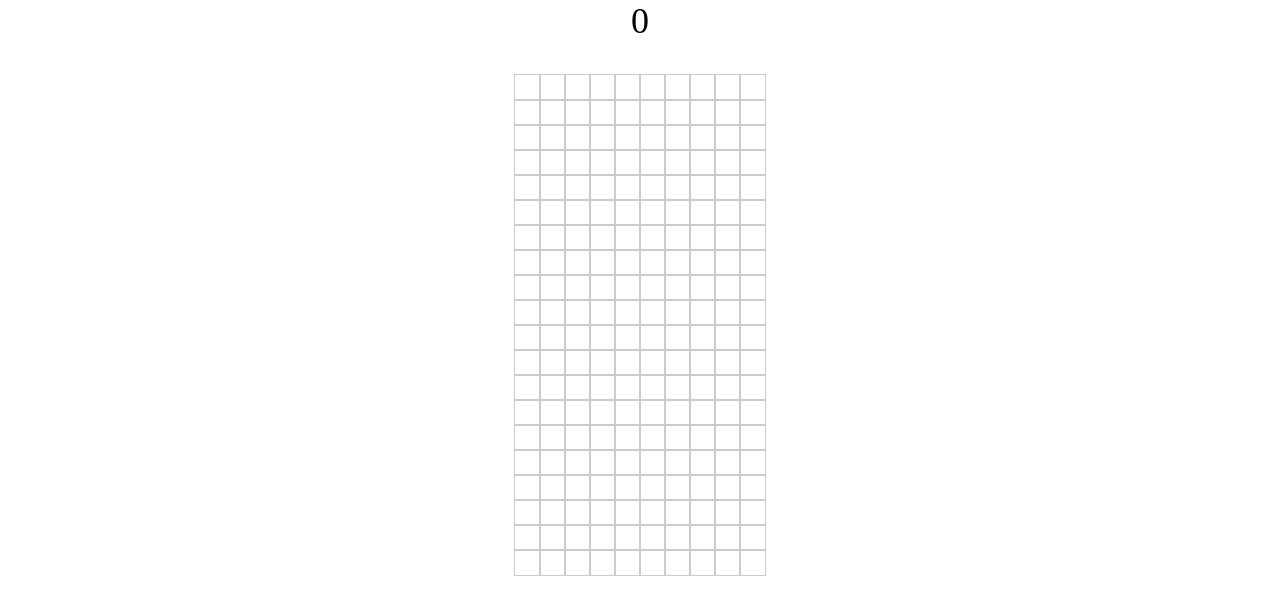
Repository: chlwpdnswku/tetris
Page: index.html
These files come from the project's save history. The page is drawn as it stood at one moment and after the next save; the edit follows.
The browser window is 1280 px wide. The pictures show the whole page.

Above is the page before, as saved 2022-12-11 23:57:05.

### index.html
<!DOCTYPE html>
<html lang="en">

<head>
    <meta charset="UTF-8">
    <meta http-equiv="X-UA-Compatible" content="IE=edge">
    <meta name="viewport" content="width=device-width, initial-scale=1.0">
    <link rel="stylesheet" href="style.css">
    <title>Document</title>

</head>

<body>
    <div class="wrapper">
        <div class="score">0</div>
        <div class="playground">
            <!-- ul 에다가 li집어넣기 -->
            <ul></ul>
        </div>

    </div>

    <script src="script.js"></script>
</body>

</html>

### style.css
* {
  margin: 0;
  padding: 0;
}
ul {
  list-style: none;
}
body {
  height: 100%;
  overflow: hidden;
}
.score {
  text-align: center;
  font-size: 36px;
  margin-bottom: 2rem;
}
.playground > ul {
  border: 1px solid #333;
  width: 250px;
  margin: 0 auto;
}
.playground > ul > li {
  width: 100%;
  height: 25%;
}

.playground > ul > li > ul {
  display: flex;
}
.playground > ul > li > ul > li {
  width: 25px;
  height: 25px;
  outline: 1px solid #ccc;
}

### script.js
const playground = document.querySelector('.playground >ul');

// console.log(playground);

// setting
const GAME_ROWS = 20;
const GAME_COLS = 10;

// functions

init();
// 맨처음 시작하는 함수 10개의 20개의 줄을 저장
function init() {
  for (let i = 0; i < GAME_ROWS; i++) {
    prependNewLine();
  }
}

function prependNewLine() {
  const li = document.createElement('li');
  const ul = document.createElement('ul');

  for (let j = 0; j < GAME_COLS; j++) {
    const matrix = document.createElement('li');
    // ul -> li
    ul.prepend(matrix);
  }
  li.prepend(ul);
  playground.prepend(li);
}

After the next save:
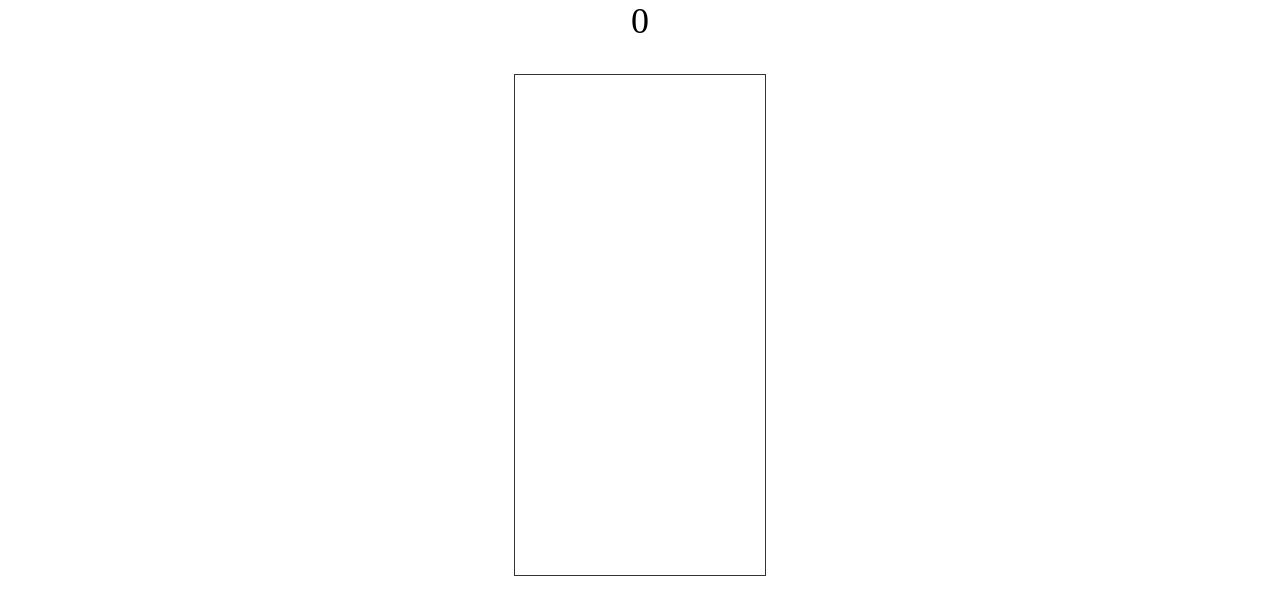
Saved 25 s later.
--- a/style.css
+++ b/style.css
@@ -30,5 +30,5 @@ body {
 .playground > ul > li > ul > li {
   width: 25px;
   height: 25px;
-  outline: 1px solid #ccc;
+  outline: 1px outline #ccc;
 }

After the 3 saves that followed:
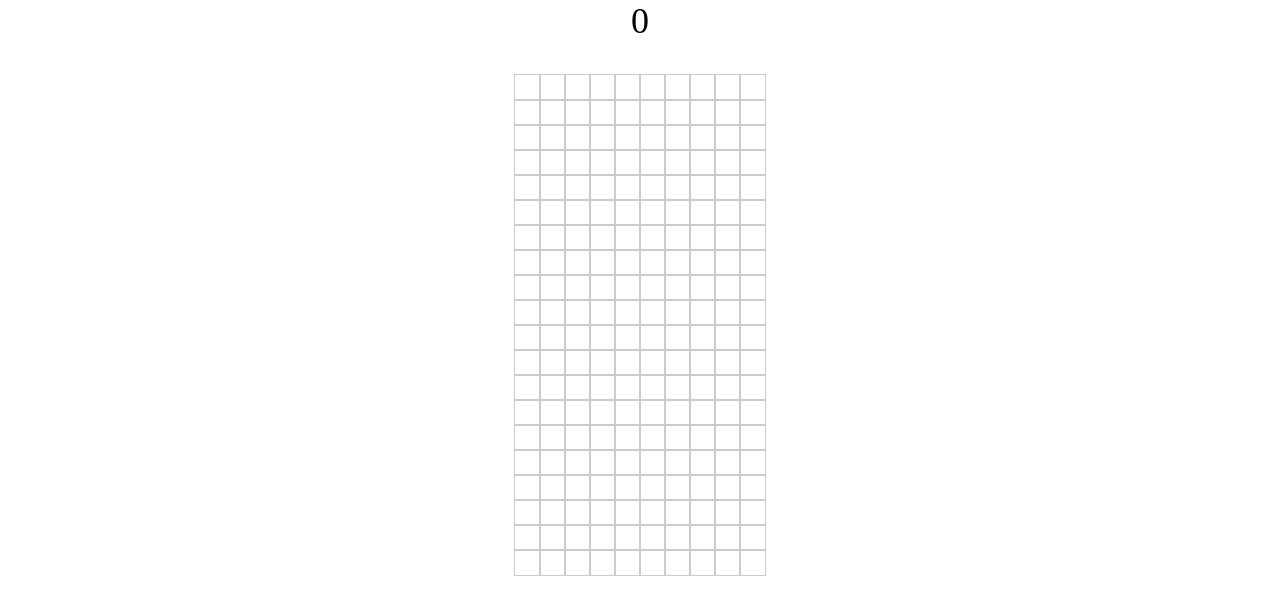
The 3 saves are shown as one change because 1 left the picture as it was and some came seconds apart.
The last was saved 18 s later.
--- a/index.html
+++ b/index.html
@@ -14,7 +14,7 @@
     <div class="wrapper">
         <div class="score">0</div>
         <div class="playground">
-            <!-- ul 에다가 li집어넣기 -->
+            <!-- ul  -->
             <ul></ul>
         </div>
 
--- a/style.css
+++ b/style.css
@@ -30,5 +30,5 @@ body {
 .playground > ul > li > ul > li {
   width: 25px;
   height: 25px;
-  outline: 1px outline #ccc;
+  outline: 1px solid #ccc;
 }
